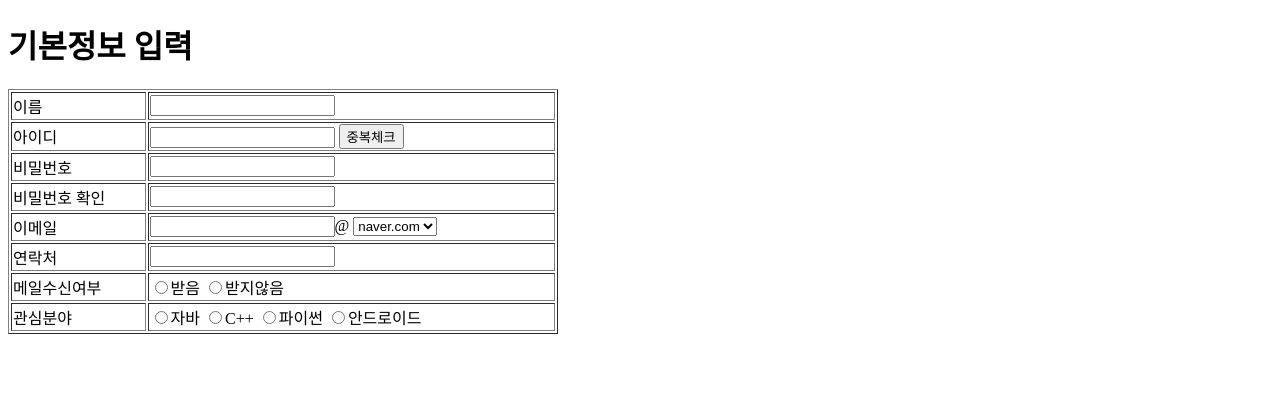
Repository: Cheol-Cheol/KOSA
Page: Kcc_web/Html/WebContent/mission/3.html
The author's editor kept a copy of each file at every save. The page is drawn from the files as they stood at one save, then again after the next save.
The browser window is 1280 px wide. The pictures show the whole page.

Above is the page before, as saved 2024-07-08 06:29:58.

After the next save:
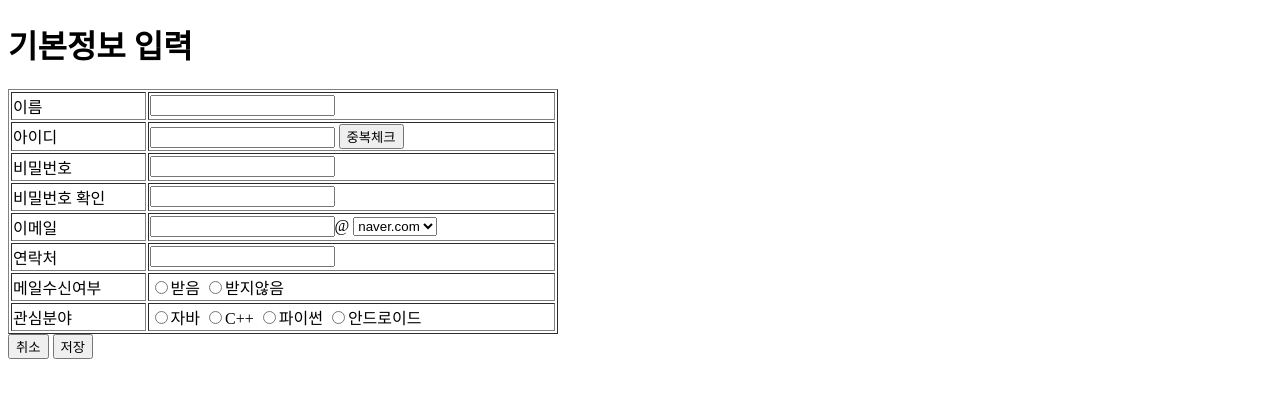
Saved 51 s later.
--- a/Kcc_web/Html/WebContent/mission/3.html
+++ b/Kcc_web/Html/WebContent/mission/3.html
@@ -49,6 +49,9 @@
 					name="subject" value="android" />안드로이드</td>
 			</tr>
 		</table>
+
+		<button type="button">취소</button>
+		<button type="button">저장</button>
 	</form>
 </body>
 </html>
